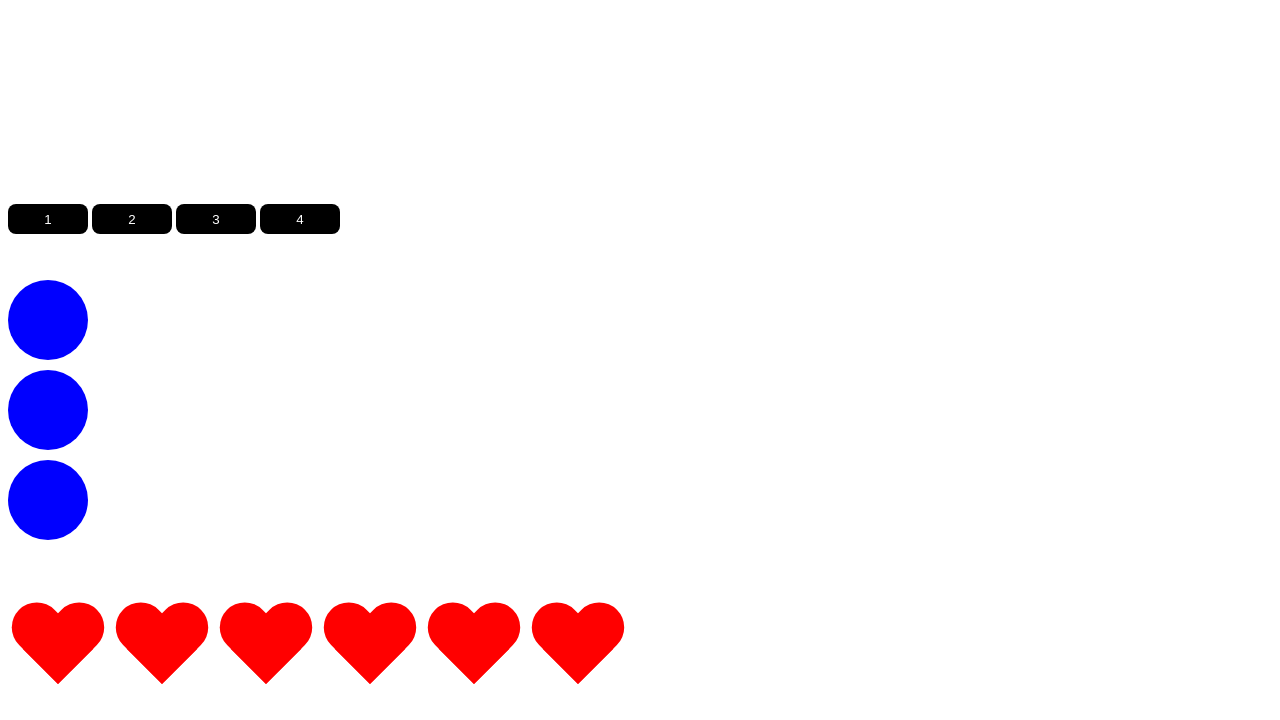
Repository: ivan151/jsudemy
Page: index.html
An editor plug-in stored every save of this project. The page is shown before and after the next save, followed by the edit.
The browser window is 1280 px wide. The pictures show the whole page.

Above is the page before, as saved 2020-05-02 10:05:33.
Console error: SyntaxError: missing ) after argument list

After the next save:
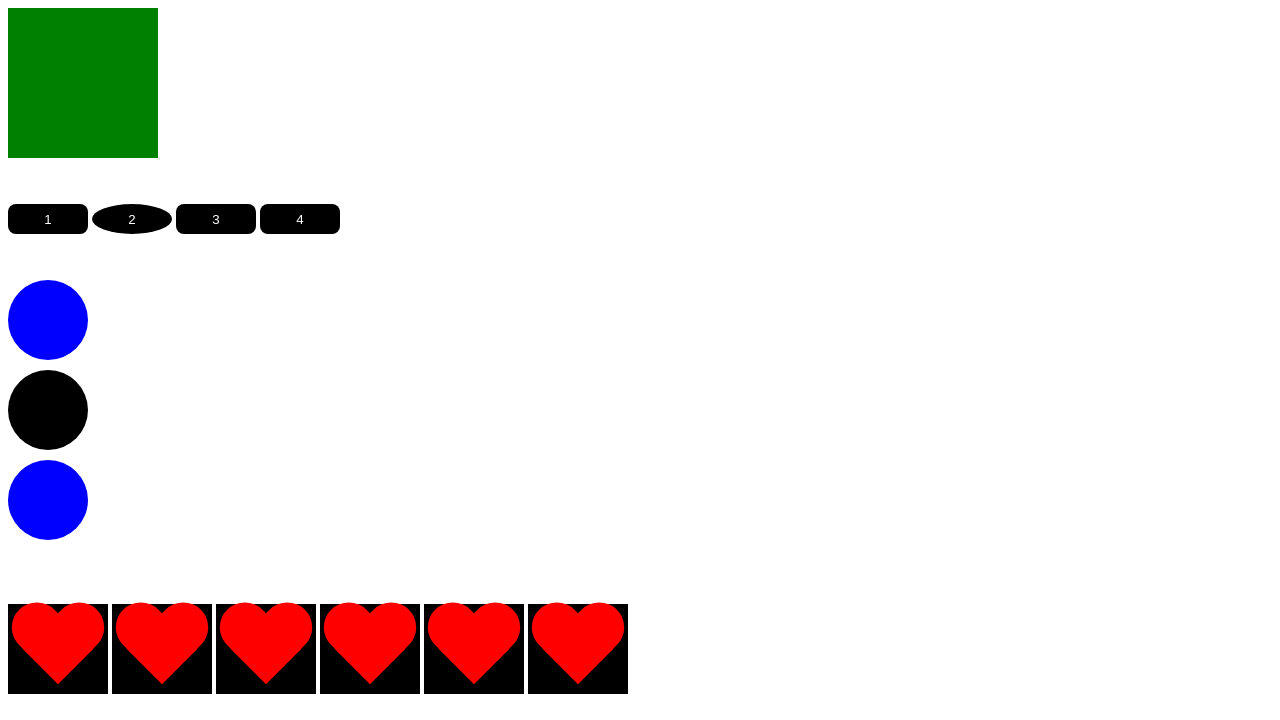
The error is gone.
Saved 40 s later.
--- a/script.js
+++ b/script.js
@@ -15,7 +15,8 @@ for (let i = 0; i < heart.length; i++) {
 
 heart.forEach(function (item, i, hearts) {
     item.style.backgroundColor = 'black';
-}
+
+});
 
 console.log(box);
 console.log(btn);
